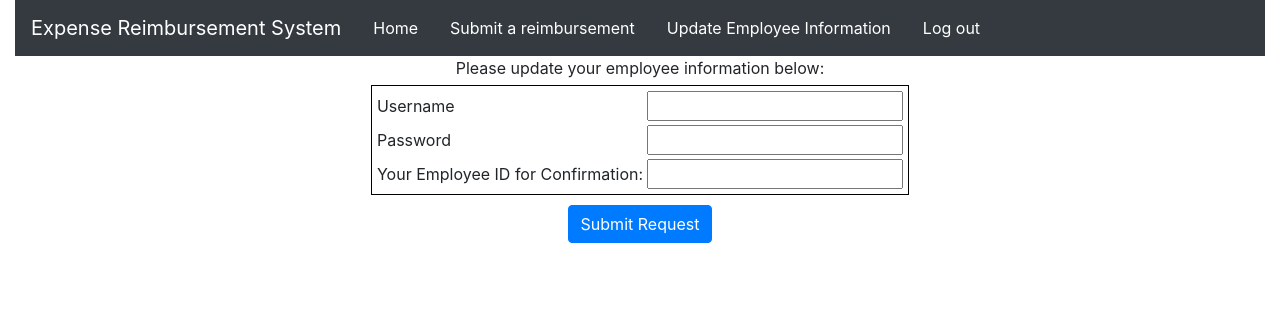
Repository: Trevormulrenin/ers-app
Page: ers-app/src/main/webapp/html/employee_info.html
An editor plug-in stored every save of this project. The page is shown before and after the next save, followed by the edit.
The browser window is 1280 px wide. The pictures show the whole page.

Above is the page before, as saved 2021-03-30 23:14:47.

### ers-app/src/main/webapp/html/employee_info.html
<!DOCTYPE html>
<html>
<head>
	<meta charset="UTF-8">
	<meta name="viewport" content="width=device-with, initial-scale=1.0">
	<meta http-equiv="cache-control" content="max-age=0" />
<meta http-equiv="cache-control" content="no-cache" />
<meta http-equiv="expires" content="0" />
<meta http-equiv="expires" content="Tue, 01 Jan 1980 1:00:00 GMT" />
<meta http-equiv="pragma" content="no-cache" />
	<link rel="stylesheet" href="https://stackpath.bootstrapcdn.com/bootstrap/4.5.2/css/bootstrap.min.css" integrity="sha384-JcKb8q3iqJ61gNV9KGb8thSsNjpSL0n8PARn9HuZOnIxN0hoP+VmmDGMN5t9UJ0Z" crossorigin="anonymous">
 	<link rel="stylesheet" type="text/css" href="../css/style.css">

<title>Expense Reimbursement System</title>
</head>

<body>
	<div class="container-fluid">
		<nav class="navbar navbar-expand-lg navbar-dark bg-dark">
			<a class="navbar-brand" href="employee_home.html">Expense Reimbursement System</a>
				<a class="nav-item nav-link" href="employee_home.html">Home</a>
				<a class="nav-item nav-link" href="reimbursement_home.html">Submit a reimbursement</a>
				<a class="nav-item nav-link" href="employee_info.html">Update Employee Information</a>

			<div class="nav-list-right" id="navbar-menu-right">
				<a class="nav-item nav-link" href="logout.html">Log out</a>
			</div>

		</nav>
	</div>

		<div class="container">
		<header style="text-align:center"> Please update your employee information below:</header>
		<form action="../UpdateEmployeeServlet" method="post">
			<table class="center" id="update-table">
				<tr>
					<td>Username</td>
					<td><input type="text" id="employeeUsername"
						name="employeeUsername" value=""></td>
				</tr>
				<tr>
					<td>Password</td>
					<td><input type="number" step="any" name="reimbursementAmount">
					</td>
				</tr>
				<tr>
					<td>Your Employee ID for Confirmation:</td>
					<td><input type="number" name="reimbursementEmployeeId"></td>
				</tr>
			</table>
			<div class="log-in-button">
				<button type="submit" class="btn btn-primary">Submit
					Request</button>
			</div>
		</form>
	</div>

</body>
</html>

### ers-app/src/main/webapp/css/style.css
@charset "UTF-8";

#navbar-menu-right{
	text-decoration: none;
	color: black;
}

.nav-item, .nav-item-active, .nav-list-right {
		color: white;
		border: 1px;
		border-color:white;
	}

h1 {
	text-align: center;
    font-family: Lato;
    color: Black;
    font-size: 40px;
    margin: 50px;
}

p {
	text-align: center;
    font-family: Lato;
	color: Black;
	font-size: 15px;
}

h2 {
	text-align: center;
    font-family: Lato;
    color: Black;
    font-size: 40px;
    margin: 25px;
}

#enter-credentials {
	text-align: center;
    font-family: Lato;
	color: Black;
	font-size: 20px;
}


#pending-reimbursement, #resolved-reimbursement {
	border: 2px solid black;
	color: black;
	text-align:center;
	height: 300px;
	width: 400px;
    top:30%;
    left:10%;
/*     display: flex; */
/* 	justify-content: space-evenly; */
}

#pending-reimbursement {
	float: left;
}

#resolved-reimbursement:hover {
	background-color: gray;
	color:white;
}

#pending-reimbursement:hover {
	background-color: gray;

	color:white;
}

#pending-table, #resolved-table {
	padding: 10px;
	margin-left: auto;
	margin-right: auto;
	margin-top:20%;
	border: 2px solid black;
	border-collapse: separate;
	border-spacing: 10px;
}

.nav-item, .nav-item-active, .nav-list-right {
/* 		text-decoration: none; */
		color: white;
		border: 1px;
		border-color:white;
	}

th, tr {
	border: 2px;
}

#log-in-button {
	text-align: center;
}

.login {
	border: 2px solid black;
	content: 5px;
	width: auto;
	text-align: center;
	padding: 5px;
	margin: auto;
	box-shadow: white;
}

#update-table {
	width: "100%";
	padding: 2px;
	margin-top: 5px;
	margin-bottom: 0px;
	margin-left: auto;
	margin-right: auto;
	border: 1px solid black;
	border-collapse: separate;
	border-spacing: 2px;
}

#reimbursement-table {
	width: "100%";
	padding: 2px;
	margin-top: 5px;
	margin-bottom: 0px;
	margin-left: auto;
	margin-right: auto;
	border: 1px solid black;
	border-collapse: separate;
	border-spacing: 2px;
}

.log-in-button {
	text-align: center;
	margin-top: 10px;
}

After the next save:
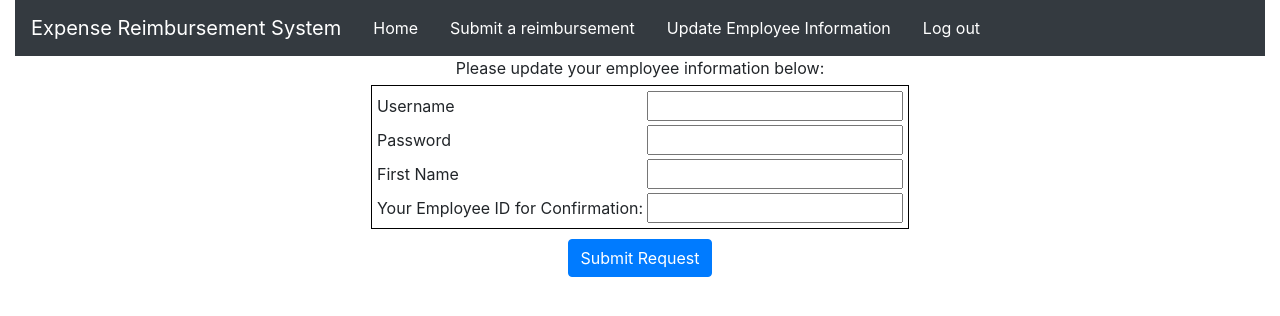
Saved 14 s later.
--- a/ers-app/src/main/webapp/html/employee_info.html
+++ b/ers-app/src/main/webapp/html/employee_info.html
@@ -44,6 +44,11 @@
 					</td>
 				</tr>
 				<tr>
+					<td>First Name</td>
+					<td><input type="number" step="any" name="reimbursementAmount">
+					</td>
+				</tr>
+				<tr>
 					<td>Your Employee ID for Confirmation:</td>
 					<td><input type="number" name="reimbursementEmployeeId"></td>
 				</tr>
